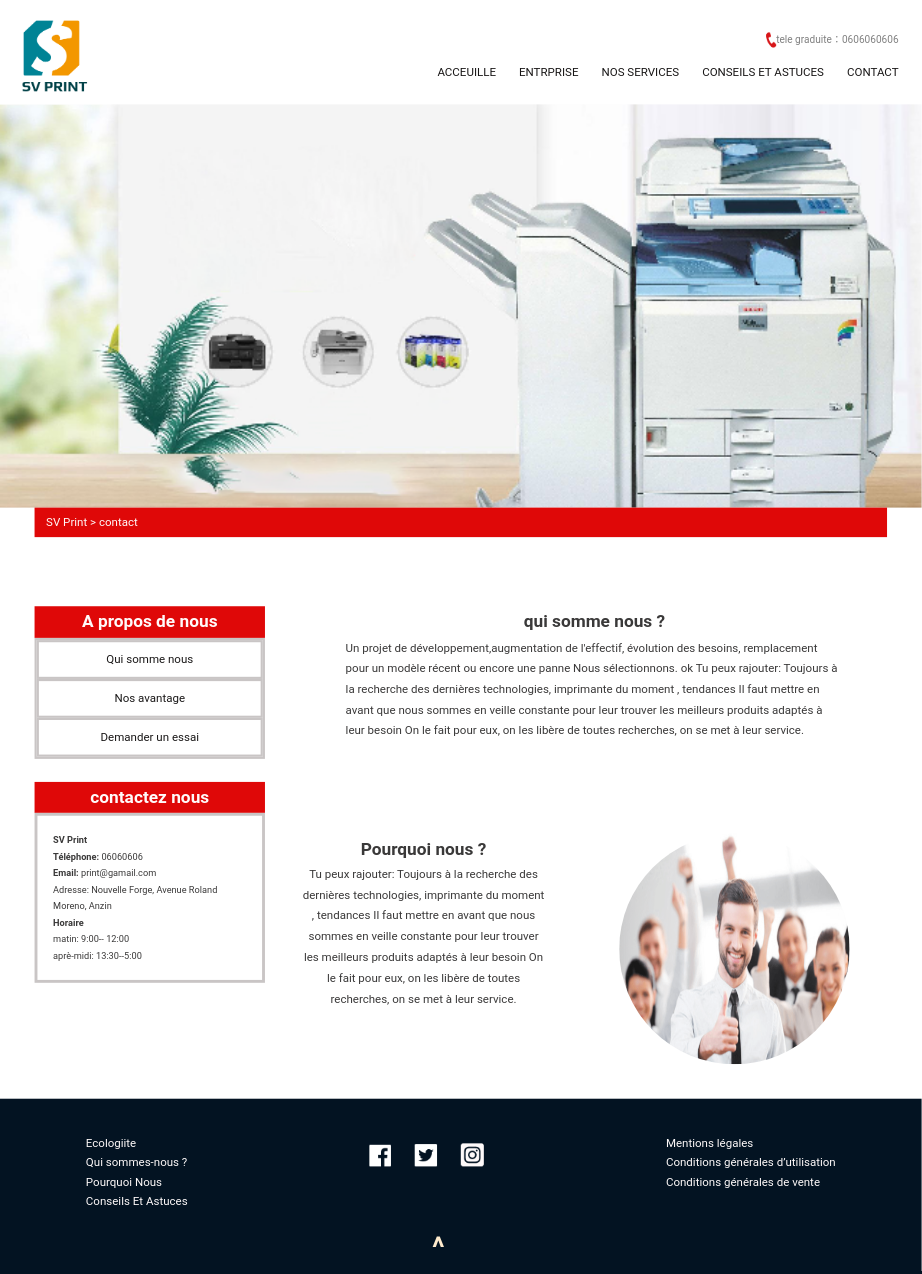
Repository: clairedupuich/sv_print
Page: index.html
These files come from the project's save history. The page is drawn as it stood at one moment and after a run of saves; the edit follows.
The browser window is 1280 px wide. The pictures show the whole page, at 72% of full size.

Above is the page before, as saved 2020-12-04 00:58:41.
Console error: TypeError: Cannot read properties of null (reading 'appendChild')

### index.html
<!doctype html>
<html>
<head>
  <meta charset="utf-8">
  <meta name="viewport"
        content="width=device-width, initial-scale=1, user-scalable=no">
<title>SV Print</title>

<link href="style.css" rel="stylesheet" type="text/css">
<script src="print.js" type="text/javascript"></script>
</head>
<body>
<header id="fh5co-header">




  <div class="logo_nav"id="logo_nav">
    <img src="img/logo4.png" alt="SV Print" class="logo" />
     <div class="nav_tele">
      <div class="tel">
        <img src="img/call.png" class="margin-small-right"
        alt="" />tele graduite：0606060606</div>
    <ul class="nav nav-menu nav-inline nav-split nav-right text-big">
      <li id="liHome" class="home"> <a href="">ACCEUILLE</a></li>
      <li id="liabout-us" class="dropdown"><a href="">ENTRPRISE</a></li>
      <li id="liproducts" class="dropdown"><a href="">NOS SERVICES</a></li>
      <li class="side_nav1" id="cat2"><a href="">CONSEILS ET ASTUCES</a></li>
      <li class="side_nav1" id="cat1"><a href="">CONTACT</a></li>
    </ul>
    </div>
  </div>
</header>



    <div id="view">
      <ul id="img_list">
        <li id="slider1" class="owl-item"><img src="img/img_slider_1.png" class="img_slider" alt=""></li>
        <ul class="boutton_change">
          <a href="#slider5"><li><b> < </b></li></a>
          <a href="#slider2"><li><b> > </b></li></a>
        </ul>
        <li id="slider2" class="owl-item"><img src="img/Group 4.png" alt="" class="img_slider"></li>
        <ul class="boutton_change">
          <a href="#slider1"><li><b> < </b></li></a>
          <a href="#slider3"><li><b> > </b></li></a>
        </ul>
        <li id="slider3" class="owl-item"><img src="img/img_slider_31.png" alt="" class="img_slider"></li>
        <ul class="boutton_change">
          <a href="#slider2"><li><b> < </b></li></a>
          <a href="#slider4"><li><b> > </b></li></a>
        </ul>
        <li id="slider4" class="owl-item"><img src="img/promo.png" alt="" class="img_slider"></li>
        <ul class="boutton_change">
          <a href="#slider3"><li><b> < </b></li></a>
          <a href="#slider4"><li><b> > </b></li></a>
        </ul>
      </ul>
    </div>

<div class="blankbig"></div>
<!-- 临时图片 -->
<div class="img_big">
  <!-- <h3>Notre philosophie</h3>
  <p>"Ne vous plaignez jamais du client à caractère difficile car il est la caust de vos progrès"<br><br>Auguste Detoeuf</p> -->
</div>



<main>
  <div class="red">
    <p>SV Print > contact</p>
  </div>
  <div class="container_cont">
    <div class="left">
      <div class="top">
        <p class="titre">A propos de nous</p>
        <div class="about_us">
        <p class="li_left"><a href="">Qui somme nous</a></p>
        <p class="li_left"><a href="">Nos avantage</a></p>
        <p class="li_left"><a href="">Demander un essai</a></p>
      </div>
      </div>
      <div class="bottom">
        <h3 class="titre">contactez nous</h3>
        <p class="adress">
         <b>SV Print </b> <br>
         <b>Téléphone:</b> 06060606
        <br><b>Email:</b> print@gamail.com
        <br>Adresse:</b> Nouvelle Forge, Avenue Roland Moreno, Anzin

        <br><b>Horaire</b>
        <br>matin: 9:00-- 12:00
        <br>aprè-midi: 13:30--5:00
        </p>
      </div>
    </div>

    <div class="right" id="cont">
      <div class="presant">
        <h3>qui somme nous ?</h3>
        <p>Un projet de développement,augmentation de l'effectif, évolution des besoins, remplacement pour un modèle récent ou encore une panne
          Nous sélectionnons.	ok
          Tu peux rajouter:
          Toujours à la recherche des dernières technologies, imprimante du moment , tendances
          Il faut mettre en avant que nous sommes en veille constante pour leur trouver les meilleurs produits adaptés à leur besoin
          On le fait pour eux, on les libère de toutes recherches, on se met à leur service.</p>
      </div>
      <div class="avandage_e">
        <div class="avantage_tex">
          <h3>Pourquoi nous ?</h3>
          <p>Tu peux rajouter:
            Toujours à la recherche des dernières technologies, imprimante du moment , tendances
            Il faut mettre en avant que nous sommes en veille constante pour leur trouver les meilleurs produits adaptés à leur besoin
            On le fait pour eux, on les libère de toutes recherches, on se met à leur service.</p>
        </div>
        <img src="img/business_1.png" alt="" class="img_avan">
      </div>

  </div>
</main>



          <footer>
            <div class="textFooterC">
                <div class="texFooter">
                    <a href="" class="textFooterEle">Ecologiite</a>
                    <a href="" class="textFooterEle">Qui sommes-nous ? </a>
                    <a href="" class="textFooterEle">Pourquoi Nous</a>
                    <a href="" class="textFooterEle">Conseils Et Astuces</a>

                </div>
                <div class="texFooter1 icon_footer">
                  <img src="img/Vector 1.png" alt="" class="iconFooter">
                  <img src="img/Vector2.png" alt="" class="iconFooter">
                  <img src="img/Vector 3.png" alt="" class="iconFooter">
                </div>
                <div class="texFooter">
                    <a href="" class="textFooterEle">Mentions légales</a>
                    <a href="" class="textFooterEle">Conditions générales d’utilisation</a>
                    <a href="" class="textFooterEle">Conditions générales de vente</a>
                </div>
            </div>
            <a href="#logo_nav" class="return_top"> ^ </a>
        </footer>
				</body>
</html>

### style.css
/* 主要部分 style.css */
* {
    margin: 0;
    padding: 0;
    list-style: none;
    text-decoration: none;
}

body {
    font-family: Roboto, Oxygen, Ubuntu, Cantarell, 'Open Sans', 'Helvetica Neue', sans-serif;
    font-size: 16px;
    line-height: 1.8;
    color: #3a3939;
    background: #FFF;
    height: 100%;

}

a:hover {
    text-decoration: none;
}


h1,
h2,
h3,
h4 {
    text-align: center;
    font-size: 1.5em;
    font-weight: bolder;
}
.logo {
    width: 12%;
    min-width: 4em;
    height: 12%;
    min-width: 4em;
}
.nav_tele {
    margin-right: 2em;
}
.tel {
    display: block;
    margin-bottom: 1.5em;
    text-align: right;
    line-height: 20px;
    color: #808080;
    font-size: 14px
}

.tel img {
    vertical-align: middle;
}

.logo_nav {
    display: flex;
    flex-direction: row;
    flex-wrap: wrap;
    align-items: center;
    margin-top: 1em;
    justify-content: space-between;
}
.logo_nav ul {
    display: flex;
    flex-direction: row;
    flex-wrap: wrap;
    align-items: center;
    justify-content: space-around;
    list-style: none;

}
.logo_nav ul li {
    margin-left: 2em;
}
.logo_nav ul li a{

    text-decoration: none;
    color: rgb(24, 22, 22);
    text-align: center;
}
.logo_nav ul li:hover {
     background-color: rgb(78, 120, 135);
     background-clip: content-box;

}
/* nav 结束 */

/* slider */

.img_slider {
    width: 100%;
    height: 45em;
    position: absolute;
}
#view {
    position: relative;
    width: 100%;
    overflow: hidden;
}
#view:after {
    content: '.';
    display: block;
    clear: both;
    height: 0;
    visibility: hidden;
  }
  #img_list {
    position: absolute;
    width: 100%;
  }
  #img_list li {
    float: left;
     width: 100%;
    height:46em;
  }
.blankbig {
    clear: both;
}


.boutton_change {
    display: flex;
    flex-direction: row;
    justify-content: space-around;
    cursor: pointer;
    padding: 2em 46% 0;
  }
  .boutton_change a {
    color: #000000;
    text-decoration: none;
  }
  .boutton_change a li {
    list-style: none;
  }

.container {
    display: flex;
    flex-direction: row;
    flex-wrap: wrap;
    align-items: center;
    justify-content: center;
    margin: 3.5em auto;
    text-align: center;
}
/* image replace */
.img_big {
    background-image: url(img/slider_img1.png);
    background-position: center;
    background-repeat: no-repeat;
    background-size: cover;
    height: 19em;
    padding: 12em 2em 4em 30em;
    color: ivory;
}
.img_big p {
    padding-left: 17em;
    margin-top: 3em;
}


/* footer commence */
footer {

    color: snow;
    margin-top: 2em;
    width: 100%;
    background-color: #031322;
    margin-bottom: 0;
}
.textFooterC {
    display: flex;
    flex-direction: row;
    flex-wrap: wrap;
    justify-content: space-around;
    padding-top: 3em;
    padding-bottom: 1em;
}
.texFooter {
    display: flex;
    flex-direction: column;
    line-height: 1.7em;

}

.textFooterEle {
    text-decoration: none;
    list-style: none;
    color: snow;
}
.iconsFooter {
    background-color: #0F4C81;
    text-align: center;
}
.iconFooter{
   padding: 0.9em;
}
.return_top {
    width: 100%;
    font-size: 2.5em;
    font-weight: bold;
    color: blanchedalmond;
    text-align: center;
    margin-left: 15em;
    /* margin-bottom: -3em; */
}

/* page contact commance */
.red {
    margin: 0 3em;
    padding: .4em 1em;
    background-color: rgb(223, 8, 8);
    color: snow;
    margin-bottom: 6em;
}
.container_cont {
    margin: 3em;
    display: flex;
    flex-direction: row;
    justify-content: space-between;
}
.top {
    width: 30%;
    min-width: 20em;
    text-align: center;
    margin-bottom: 2em;

}

.about_us {
    border: solid rgb(201, 197, 197) 3px;
    line-height: 3em;
}
.li_left {
    padding: 2em auto;
    color: black;
    border: solid rgb(201, 197, 197) 3px;
}
.li_left:hover {
    background-color: rgb(201, 197, 197);
}
.li_left a {
    color: rgb(26, 24, 24);
}
.titre {
    padding: 2.5em auto;
    color: snow;
    background-color:  rgb(223, 8, 8);;
    font-size: 1.5em;
    font-weight: bold;
}
.bottom {
    width: 30%;
    min-width: 20em;
    text-align: left;
}
.bottom p {
    font-size: .8em;
    border: solid rgb(201, 197, 197) 4px;
    padding: 1.7em;
}

.presant {
    width: 80%;
    margin-left: 7em;
    margin-bottom: 8em;
}
.avandage_e {
    display: flex;
    flex-direction: row;
    justify-content: space-around;
}
.avantage_tex {
    width: 39%;
    text-align: center;
}
.img_avan {
    border-radius: 50%;
    width: 20em;
    height: 20em ;
}

### print.js
/* for the slider */
var img_list = document.getElementById('img_list');
setInterval(function () {
    img_list.appendChild(img_list.firstChild);
}, 2500)

After the next 2 saves:
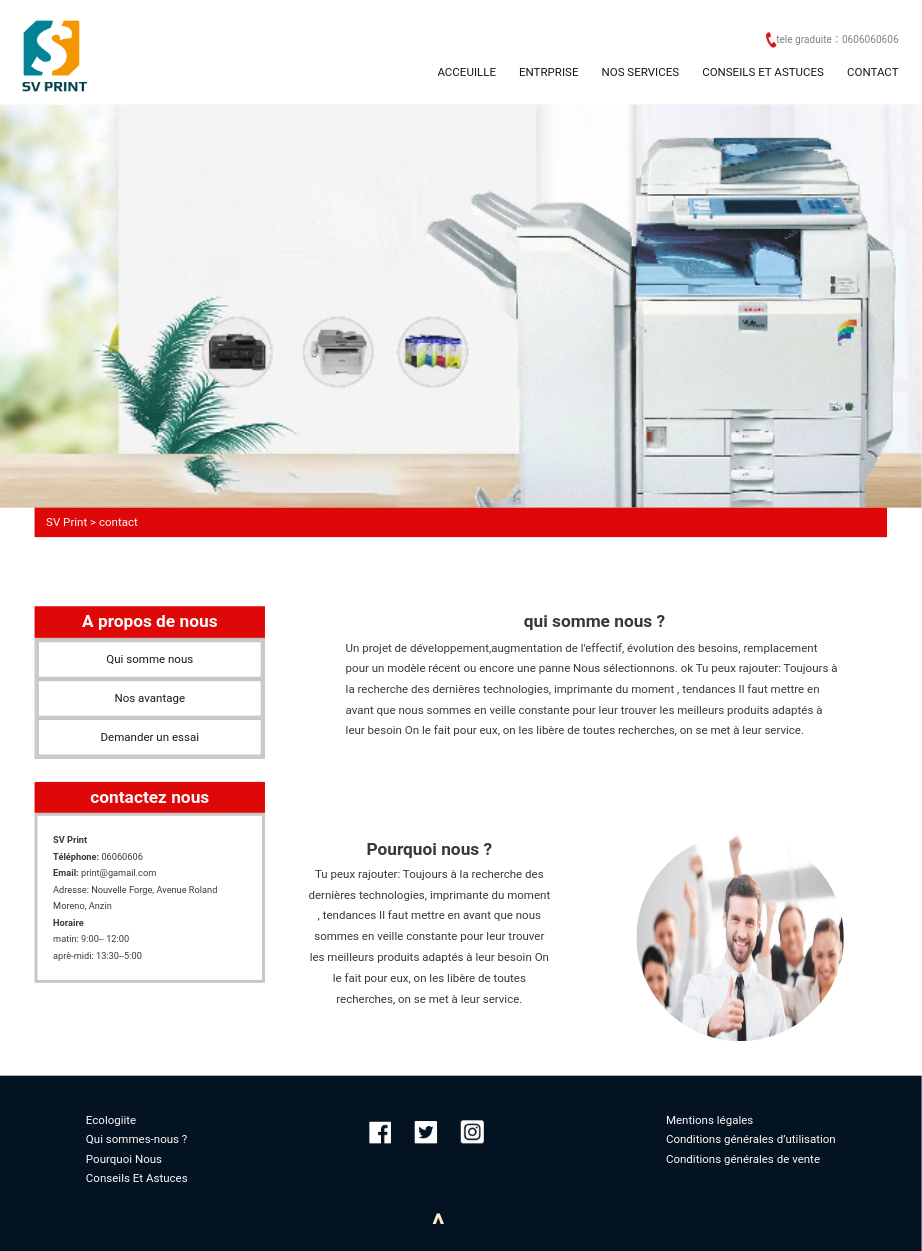
The 2 saves are shown as one change because they came seconds apart.
The last was saved 17 s later.
--- a/style.css
+++ b/style.css
@@ -274,6 +274,6 @@
 }
 .img_avan {
     border-radius: 50%;
-    width: 20em;
-    height: 20em ;
-}
+    width: 18em;
+    height:18em ;
+}
